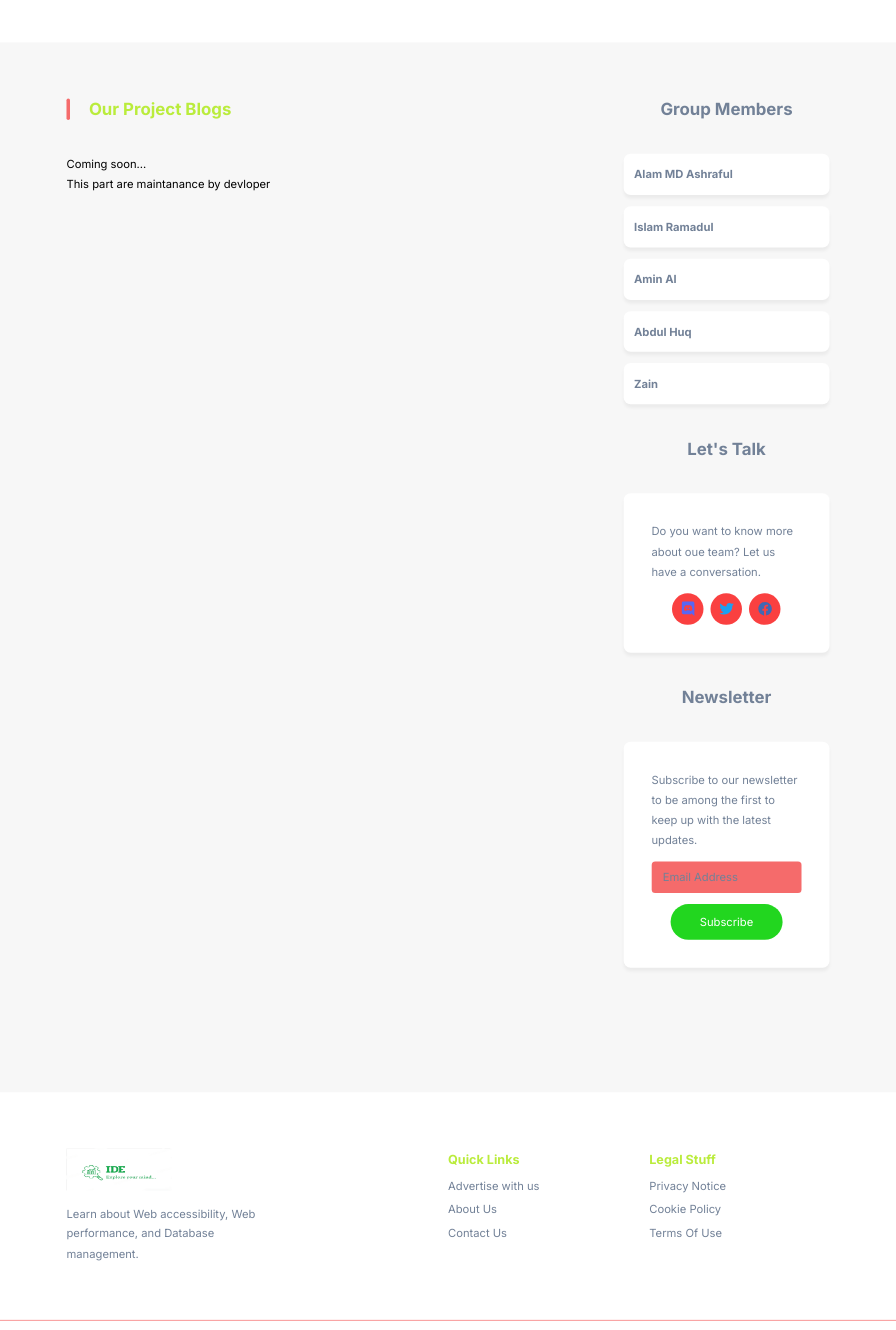
Repository: ramizraaz/zjuTeam
Page: main.html
The author's editor kept a copy of each file at every save. The page is drawn from the files as they stood at one save, then again after the next save.
The browser window is 1280 px wide. The pictures show the part of the page from y = 492 to 2392 px (the page is 2435 px tall), at 70% of full size.
A picture or video elsewhere on the page could not be fetched, so the positions and the page height are approximate.

Above is the page before, as saved 2023-10-09 02:58:28.

After the next save:
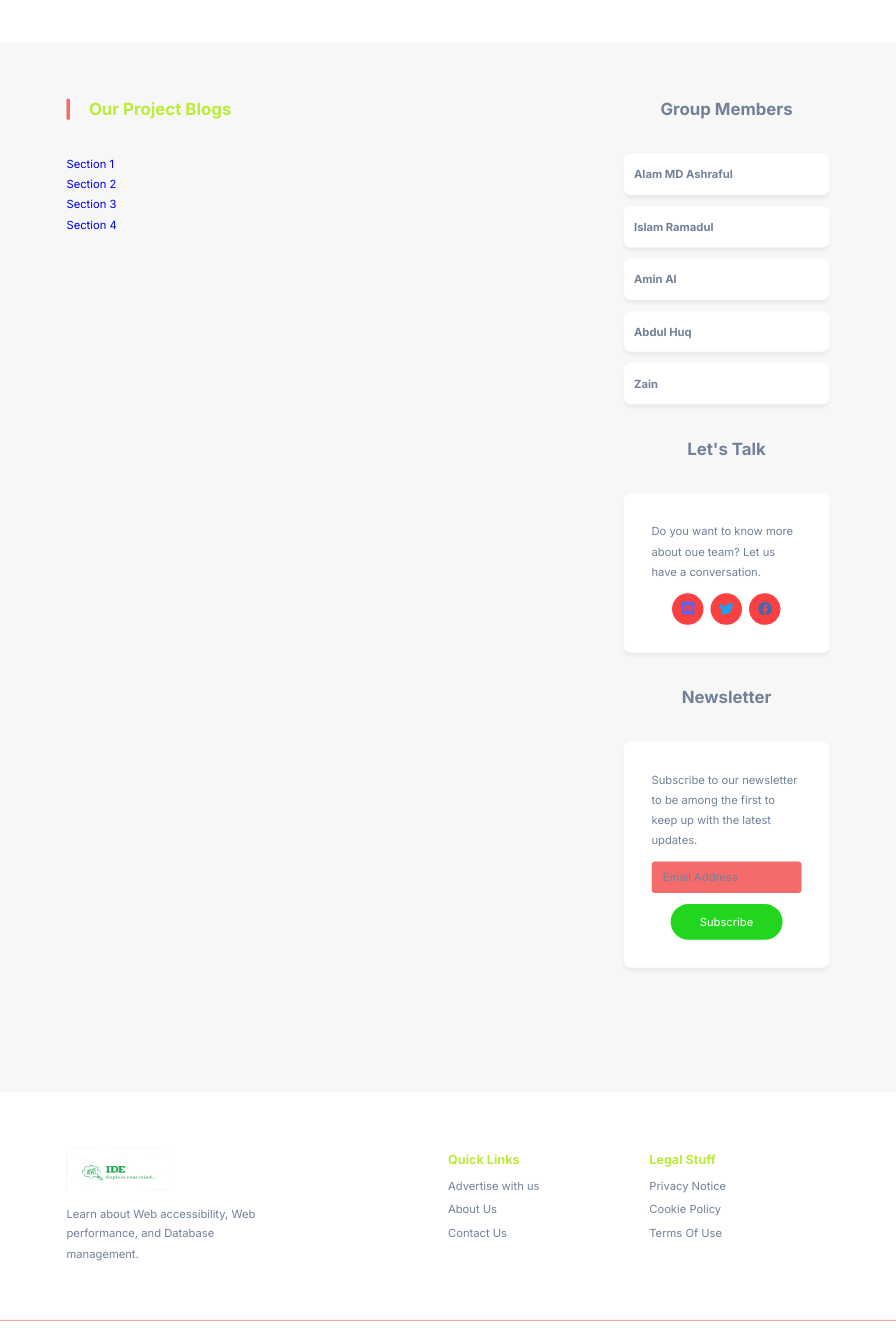
Saved 13 days later.
--- a/main.html
+++ b/main.html
@@ -169,7 +169,14 @@
                 <div class="blog">
 
                     <h2 class="h2">Our Project Blogs</h2>
-                    <p>Coming soon... <br> This part are maintanance by devloper</p>
+                    <aside class="navigation">
+                        <ul>
+                            <li><a href="#section1">Section 1</a></li>
+                            <li><a href="#section2">Section 2</a></li>
+                            <li><a href="#section3">Section 3</a></li>
+                            <li><a href="#section4">Section 4</a></li>
+                        </ul>
+                    </aside>
 
                 </div>
 
